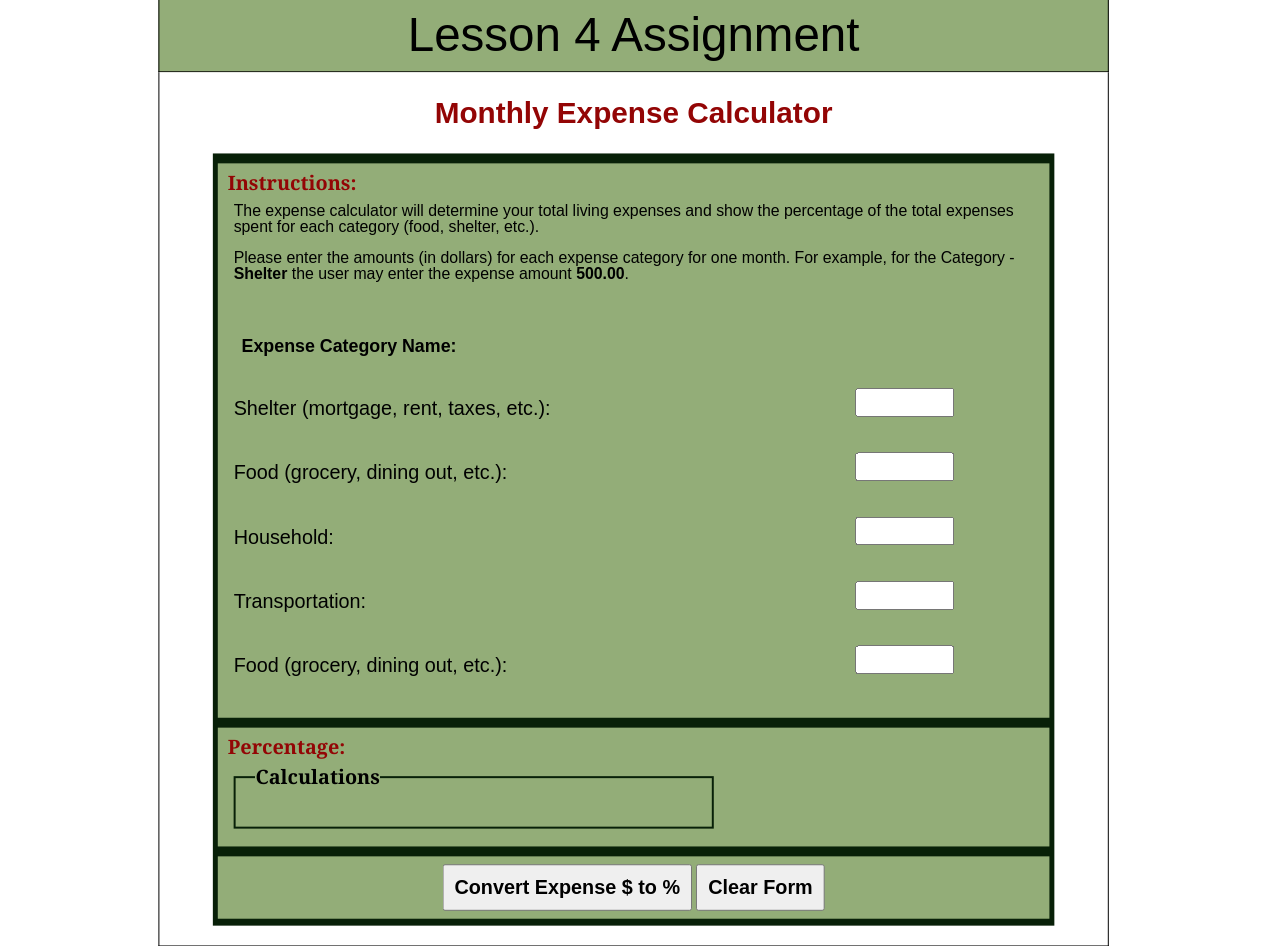
Repository: rob3rtblake/lesson4_javascript1
Page: index.html
The author's editor kept a record of every edit. The page is drawn from the files as they stood at one moment, then again after the next edit.
The browser window is 1280 px wide. The pictures show the whole page, at 99% of full size.

Above is the page before.

### index.html
<!DOCTYPE html>
<html>
    <head>
       <!--
          Course:  Web Application Development
          Assignment:  Lesson 4 (JavaScript 1)
          Author:  Robert Blake
          Date:   02/16/18
          Filename: index.html
       -->
       <meta charset="utf-8" />
       <meta name="viewport" content="width=device-width,initial-scale=1.0">

       <title>Lesson 4 Assignment</title>

       <link rel="stylesheet" href="styles.css" />

    </head>

    <body>
       <header>
          <h1> Lesson 4 Assignment </h1>
       </header>

        <article>
            <br /><h2>Monthly Expense Calculator</h2><br />

              <form id = "expenseCalculator">
                <fieldset id="inputinfo">
                      <legend><span>Instructions:</span></legend>
                      <p>The expense calculator will determine your total living expenses and
                      show the percentage of the total expenses spent for each category (food, shelter, etc.).</p>

                      <br>

                      <p>Please enter the amounts (in dollars) for each expense category for one month.
                      For example, for the Category - <b>Shelter</b> the user may enter the expense amount <b>500.00</b>.</p>

                      <br><br><br>

                      <p><h3>Expense Category Name:</h3>

                          <label for="shelterInput">
                            Shelter (mortgage, rent, taxes, etc.):
                            <input type="text"  id="shelterInput" name="shelter"  />
                          </label>
                      </p>
                      <p><label for="foodInput">
                            Food (grocery, dining out, etc.):
                            <input type="text" id="foodInput" name="food" />
                          </label>
                      </p>
                      <p><label for="householdInput">
                            Household:
                            <input type="text" id="householdInput" name="household" />
                          </label>
                      </p>
                      <p><label for="transportationInput">
                            Transportation:
                            <input type="text" id="transportationInput" name="transport" />
                          </label>
                      </p>
                      <p><label for="miscellaneousInput">
                            Food (grocery, dining out, etc.):
                            <input type="text" id="miscellaneousInput" name="miscellaneous" />
                          </label>
                      </p>

                      <!--************************************************************************************************
                      * Task #1:  Add additional expense categories using the above code as an example.  The
                      *           following categories should be included:  Household, Transportation, and
                      *           Miscellaneous.  Add your code below this comment block BEFORE the </fieldset> tag!!!
                      * REMINDERS:
                      *      1.)  Each id value must be unique and enclosed in quotes.  This value will be referenced
                      *           later in the program and it must match EXACTLY including the case.
                      *      2.)  Each name value must be unique and enclosed in quotes.  This value will be referenced
                      *           later in the program and it must match EXACTLY including the case.
                      *
                      * HINT:  Use the following variable names:  householdInput, miscellaneousInput, transportationInput
                      *
                      *************************************************************************************************-->

                </fieldset>


                <!--************************************************************************************************
                *  This section in the HTML code defines id's or placeholders where the result of the percentages
                *  calculated will be place.  The getElementById() method used later in the program uses these id's
                *  to place the results of the calculations on the HTML page.
                **************************************************************************************************-->
                <fieldset id="summary">
                  <legend><span>Percentage:</span></legend>
                  <fieldset id="calculationinfo">
                    <legend>Calculations</legend>

                     <label>
                         <p id="totalExpenses">  </p>
                         <p id="shelterPercentage">  </p>
                         <p id="foodPercentage">  </p>
                         <p id="householdPercentage">  </p>
                         <p id="transportationPercentage">  </p>
                         <p id="miscellaneousPercentage">  </p>
                     </label>
                  </fieldset>
                </fieldset>


                <!--************************************************************************************************
                *  This section in the HTML code creates TWO buttons:  1)  Convert Expense $ to % button and
                *  2)  Clear Form button.
                *
                *  Explanation:  The onclick method is used to associate an event with each button.  When the
                *  user clicks either button, the methods stated will be executed to handle that event.  For instance,
                *  when the user clicks the 'Convert Expense $ to %' button the calculatePercentages() code will
                *  execute and when the user clicks the 'Clear Form' button, the clearForm() method will execute.
                *
                *  The onClick event will execute when a button is clicked.
                **************************************************************************************************-->
                <fieldset id="calculatebutton">
                  <button type="button" onclick="calculatePercentages()"> Convert Expense $ to % </button>
                  <button type="reset" onclick="clearForm()"> Clear Form </button>
                </fieldset>
            </form>
        </article>
    <script src="expenseCalculator.js"> </script>
    </body>
</html>

### styles.css
/*
    Filename: styles.css
*/


/* apply a natural box layout model to all elements */
* {
   -moz-box-sizing: border-box;
   -webkit-box-sizing: border-box;
   box-sizing: border-box;
}

/* reset rules */
html, body, div, span, applet, object, iframe,
h1, h2, h3, h4, h5, h6, p, blockquote, pre,
a, abbr, acronym, address, big, cite, code,
del, dfn, em, img, ins, kbd, q, s, samp,
small, strike, strong, sub, sup, tt, var,
b, u, i, center,
dl, dt, dd, ol, ul, li,
fieldset, form, label, legend,
table, caption, tbody, tfoot, thead, tr, th, td,
article, aside, canvas, details, embed,
figure, figcaption, footer, header, hgroup,
menu, nav, output, ruby, section, summary,
time, mark, audio, video {
   margin: 0;
   padding: 0;
   border: 0;
   font-size: 100%;
   font: inherit;
   vertical-align: baseline;
}

/* HTML5 display-role reset for older browsers */
article, aside, details, figcaption, figure,
footer, header, hgroup, menu, nav, section {
   display: block;
}

body {
   line-height: 1;
   max-width: 960px;
   background: white;
   margin: 0 auto;
   font-family: Arial, Helvetica, sans-serif;
}

ol, ul {
   list-style: none;
}




/* page header */
header {
   background: #93AD78;
   width: 100%;
   color: black;
   font-size: 48px;
   text-align: center;
   line-height: 1.5em;
   border-bottom: 1px solid black;
   border-left: 1px solid black;
   border-right: 1px solid black;
}

/* main content */
article {
   width: 960px;
   text-align: center;
   background: white;
   padding-bottom: 20px;
   border-bottom: 1px solid black;
   border-left: 1px solid black;
   border-right: 1px solid black;
}

article h2 {
   font-weight: bold;
   font-size: 30px;
   padding: 10px;
   color:#930505;
}
article h3 {
   font-weight: bold;
   font-size: 18px;
   padding: 8px;
}

article button {
   font-weight: bold;
   font-size: 20px;
   padding: 10px;
}
/* form */


b {
   font-weight: bold;

}

legend, #calculatebutton input {
  font-family: georgia, "times new roman", times, serif;


  }
fieldset {
  margin-bottom: 10px;
  position: relative;
  padding: 2.5em 1em 0.5em 1em;
  background: #93AD78;
  text-align: left;

  }
fieldset fieldset {
  padding-top: 5px;
  border: 2px solid #082008;
  }
form {
  background: #082008;
  padding: 10px 5px 7px 5px;
  margin: 0 auto;
  width: 850px;
  }
input, textarea {
  font-size: 1em;
   vertical-align: right;

  }
input:focus, textarea:focus {
  background: #e3d5ba;
  }
.textbox {
    width: 300px;
    float: right;
}
legend span {
  position: absolute;
  left: 0;
  top: 0;
  font-size: 1.25em;
  margin-top: 0.5em;
  margin-left: 0.5em;
  font-weight: bold;
  color:#930505;
  }
legend  {

  font-weight: bold;
  }
textarea {
  display: block;
  }
#employeeinfo {
  float: left;
  width: 45%;
  font-size: 20px;
  }
#calculationinfo {
  float: inherit;
  width: 60%;
  font-size: 20px;

  }
#inputinfo, #summary, #calculatebutton {
  border: none;
  }
#inputinfo label {
  display: block;
  position: relative;
  margin: 25px 0;
  line-height: 200%;
  font-size: 20px;
  }
  }
#inputinfo input {
  position: absolute;
  left: 600px;
  line-height: 150%;
  }
#summary label {
  display: block;
  position: relative;
  margin: 25px 0;
    line-height: 200%;
    font-size: 20px;
  }
#shelterInput, #foodInput, #householdInput, #miscellaneousInput, #transportationInput {
  width: 5em;
  position: absolute;
  right: 80px;


  }
#phoneinput {
  width: 12em;
  }
#calculatebutton {
  border: 5px;
  background: #93AD78;
  padding: 0.5em 0;
  margin-bottom: 0;
  text-align: center;
  }

### expenseCalculator.js
        /************************************************************************************************
          Course:  Web Application Development
          Assignment:  Lesson 4 (JavaScript 1)
          Author:
          Date:
          Filename: expenseCalculator.js
        *************************************************************************************************/

         function calculatePercentages() {

                  /***********************************************************************************************
                  *   Purpose of the calculatePercentages method:
                  *   This method is executed when the 'Convert Expense $ to %' button is clicked.  This method
                  *   gets the values the users enters into the textfields using the document.getElementById().value
                  *   method, calculates the total expenses, calculates the percentages for each category, and displays
                  *   the calculations in the HTML document using the getElementById() method.
                  ***********************************************************************************************/


                  /*************************************************************************************************
                   * Task 2:  Add the additional code needed to get the values (expense amounts) for the NEW categories
                   *          you've added in Task 1 and assign those values to three NEW variables that you define.  Use good
                   *          naming conventions for the variable names.
                   *
                   * Explanation of Code:
                   *          This section of the code gets the values the users enter into the textfields for each
                   *          category and assigns those values to each specified variable.  Pay attention to the
                   *          variable names and the naming conventions demonstrated.  The document.getElementById().value
                   *          method is used to access the expense amount the user typed in for each expense.
                   *
                   *          The document.getElementById() method accesses the first element in the HTML document with
                   *          the specified id.
                   *
                   * HINT:  Use the following variable names:  householdAmt, miscellaneousAmt, transportationAmt
                  **************************************************************************************************/

                  var shelterAmt = document.getElementById("shelterInput").value;
                  var foodAmt = document.getElementById("foodInput").value;
                  var householdAmt = document.getElementById("householdInput").value;
                  var miscellaneousAmt = document.getElementById("miscellaneousInput").value;
                  var transportationAmt = document.getElementById("transportationInput").value;




                  /*************************************************************************************************
                   * Task 3:  Add the additional code needed that will convert the user's inputs, which are Strings
                   *          to Floats using the parseFloat() function.  This must be done for ALL of the NEW
                   *          categories you've added (Household, Transportation, and Miscellaneous).
                   *          Use the code below as an example.
                   *
                   * Explanation of Code:
                   *          This section of the code takes the value the user entered into the textfield, which
                   *          is recognized as a String and converts that value into a Float for each of the following
                   *          categories:  Shelter, Food, Household (you must add), Transportation (you must add),
                   *          and Miscellaneous (you must add). In order to perform calculations below, we need a numeric
                   *          value (float).  Use good naming conventions for the variable names.
                   *
                   *          The parseFloat() method is used to convert a String to a Float.
                  **************************************************************************************************/

                  shelterAmt = parseFloat(shelterAmt);
                  foodAmt = parseFloat(foodAmt);
                  householdAmt = parseFloat(householdAmt);
                  miscellaneousAmt = parseFloat(miscellaneousAmt);
                  transportationAmt = parseFloat(transportationAmt);




                  /******************************************************************************************************
                   * Task 4:  Add the additional code needed to declare variables that will store the calculation
                   *          results for the NEW categories you've added (Household, Transportation, and Miscellaneous).
                   *          Use the code below as an example.
                   *
                   * Explanation of Code:
                   *          This section of the code creates variables that will store the result of calculating the
                   *          total expenses and the percentages for each of the following categories:  Shelter, Food,
                   *          Household (you must add), Transportation (you must add), and Miscellaneous (you must add).
                   *          Use good naming conventions for the variable names.
                   *
                   * HINT:  Use the following variable names:  householdPct, miscellaneousPct, transportationPct
                  *******************************************************************************************************/

                  var totalExpenses; //total expenses for the user
                  var shelterPct; //shelter category percentage
                  var householdPct;  //household category percentage
                  var miscellaneousPct;  //miscellaneuos category percentage
                  var transportationPct;  //transportation category percentage
                  var foodPct;  //food category percentage





                  /******************************************************************************************************
                   * Task 5:  Add the additional code needed to calcuate the total expense and the percentages for each
                   *          of the NEW categories you've added (Household, Transportation, and Miscellaneous).
                   *          Use the code below as an example.  The totalExpenses is calculated by adding all the categories
                   *          together using the variables initalized in Task 3.
                   *
                   *
                   *          IMPORTANT STEP BELOW!  PLEASE ADD THIS STATEMENT BEFORE YOU CALCULATE THE CATEGORIES!
                   *                                 THE totalExpenses MUST BE CALCULATED BEFORE YOU CAN CALCULATE THE
                   *                                 THE PERCENTAGES FOR THE CATEGORY!!!!!!!
                   *
                   *
                   *          Ex.  totalExpenses = shelterAmt + foodAmt + YourVariable + YourVariable + YourVariable;
                   *
                   *
                   * Explanation of Code:
                   *          This section of the code calculates the total expenses of all the categories and calculates
                   *          the percentage of the total expenses spent on that category (Shelter percentage, Food percentage,
                   *          Household percentage (you must add), Transportation percentage (you must add), and
                   *          Miscellaneous percentage (you must add). The result of the calculations are assigned to the
                   *          variables declared in Task 4.
                  *******************************************************************************************************/


                  shelterPct = 100 * (shelterAmt / totalExpenses);
                  foodPct = 100 * (foodAmt / totalExpenses);
                  householdPct = 100 * (householdAmt / totalExpenses);
                  miscellaneousPct = 100 * (miscellaneousAmt / totalExpenses);
                  transportationPct = 100 * (transportationAmt / totalExpenses);


                  /******************************************************************************************************
                   * Task 6:  Add the additional code needed to display the total expenses and the percentages for each
                   *          category.  You must add the code to display the NEW categories you've added (Household,
                   *          Transportation, and Miscellaneous). Use the code below as an example.
                   *
                   * Explanation of Code:
                   *          This section of the code displays the total expenses and the percentages for each category.
                   *          The getElementById() method is used to identify the place on the HTML page the calculation
                   *          result will be placed.  It uses the specific id's, which were defined above.  The id names
                   *          are given to you!!!!
                   *
                   *          The toFixed() method is used to ensure a specified number of digits appear after the decimal
                   *          place for the value.
                   *
                   *          HINT:  Use the following variable names:  householdPercentage, transportationPercentage, and
                   *          miscellaneousPercentage.  It is case sensitive!!!
                   *
                   *          The innerHTML property used with the document.getElementById() sets or returns the HTML
                   *          content (inner HTML) of an element.
                  *******************************************************************************************************/

                  document.getElementById("totalExpenses").innerHTML = "<b>Total Expenses:     $</b> " + totalExpenses.toFixed(2);
                  document.getElementById("shelterPercentage").innerHTML = "% for <b>shelter</b>:      " + shelterPct.toFixed(1);
                  document.getElementById("foodPercentage").innerHTML = "% for <b>food:</b>      " + foodPct.toFixed(1);
                  document.getElementById("householdPercentage").innerHTML = "% for <b>household:</b>      " + householdPct.toFixed(1);
                  document.getElementById("miscellaneousPercentage").innerHTML = "% for <b>miscellaneous:</b>      " + miscellaneousPct.toFixed(1);
                  document.getElementById("transportationPercentage").innerHTML = "% for <b>transportation:</b>      " + transportationPct.toFixed(1);


         } //end of calculatePercentages function




         function clearForm (){

                  /***********************************************************************************************
                  *   Purpose of the clearForm method:
                  *   This method is executed when the 'Clear Form' button is clicked.  It removes the expense
                  *   values the user typed in the form and the calculation results from the HTML page.
                  ***********************************************************************************************/


                  //This code remove ALL of the expense values the user types into the form (textfields)
                  document.getElementById("expenseCalculator").reset();


                  /*************************************************************************************************************
                   * Task 7:  Add the additional code needed to remove the expense percentage results displayed in the HTML page
                   *          for each category.  You must add the code to remove the NEW categories you've added (Household,
                   *          Transportation, and Miscellaneous). Use the code below as an example.
                   *
                   * Explanation of Code:
                   *          This section of the code removes the results from the HTML page when the 'Clear Form' button
                   *          is clicked.  The getElementById() method is used to find the element on the HTML page with
                   *          the specified id and overwrite the existing values with the empty string.  This clears out the
                   *          results.

                  *************************************************************************************************************/

                  document.getElementById("totalExpenses").innerHTML = "";
                  document.getElementById("shelterPercentage").innerHTML = "";
                  document.getElementById("foodPercentage").innerHTML  = "";
                  document.getElementById("transportationPercentage").innerHTML  = "";
                  document.getElementById("householdPercentage").innerHTML  = "";
                  document.getElementById("miscellaneousPercentage").innerHTML  = "";



         }//end of clearForm function

After the next edit:
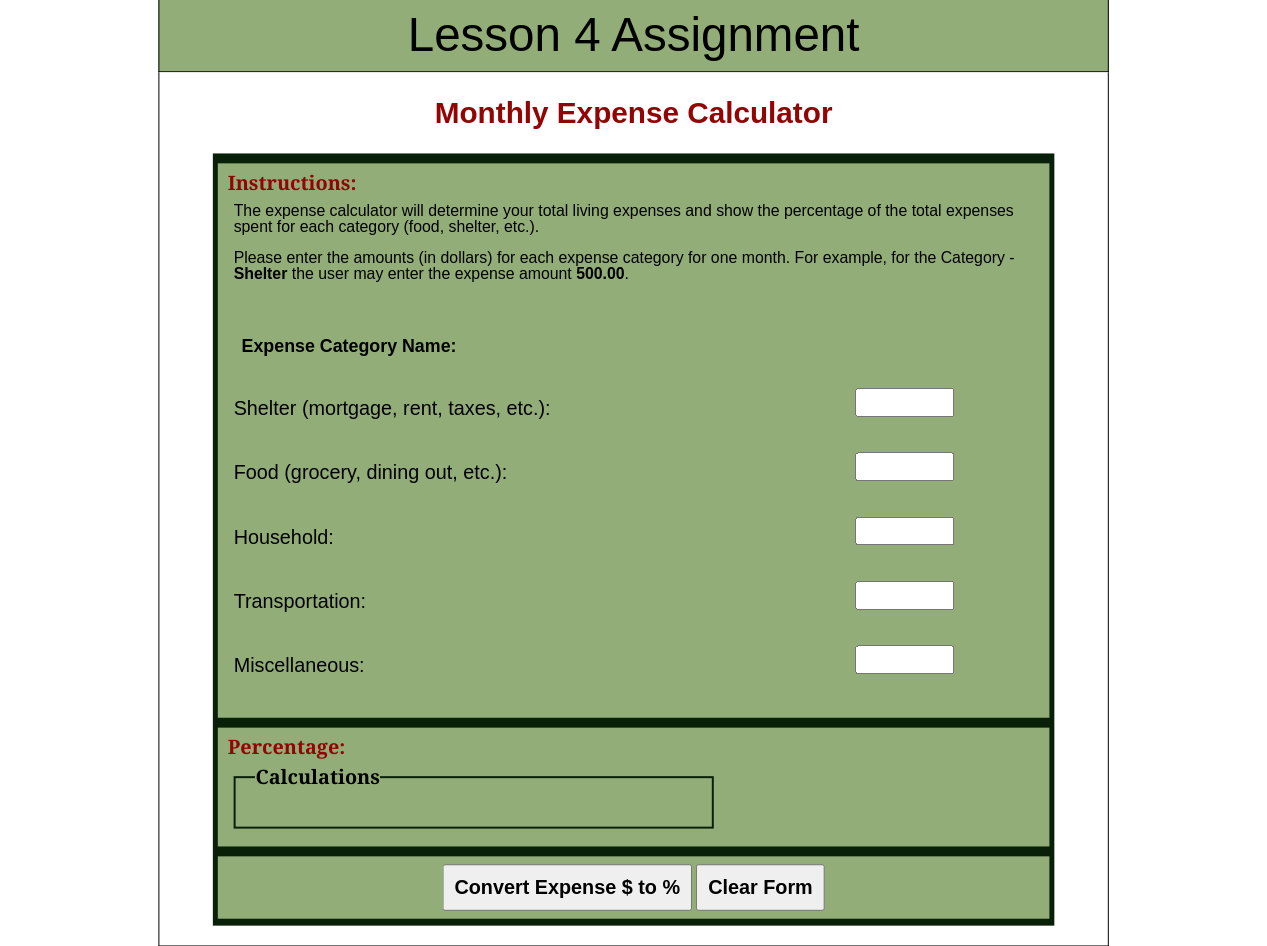
The edit:
--- a/index.html
+++ b/index.html
@@ -61,7 +61,7 @@
                           </label>
                       </p>
                       <p><label for="miscellaneousInput">
-                            Food (grocery, dining out, etc.):
+                            Miscellaneous:
                             <input type="text" id="miscellaneousInput" name="miscellaneous" />
                           </label>
                       </p>
